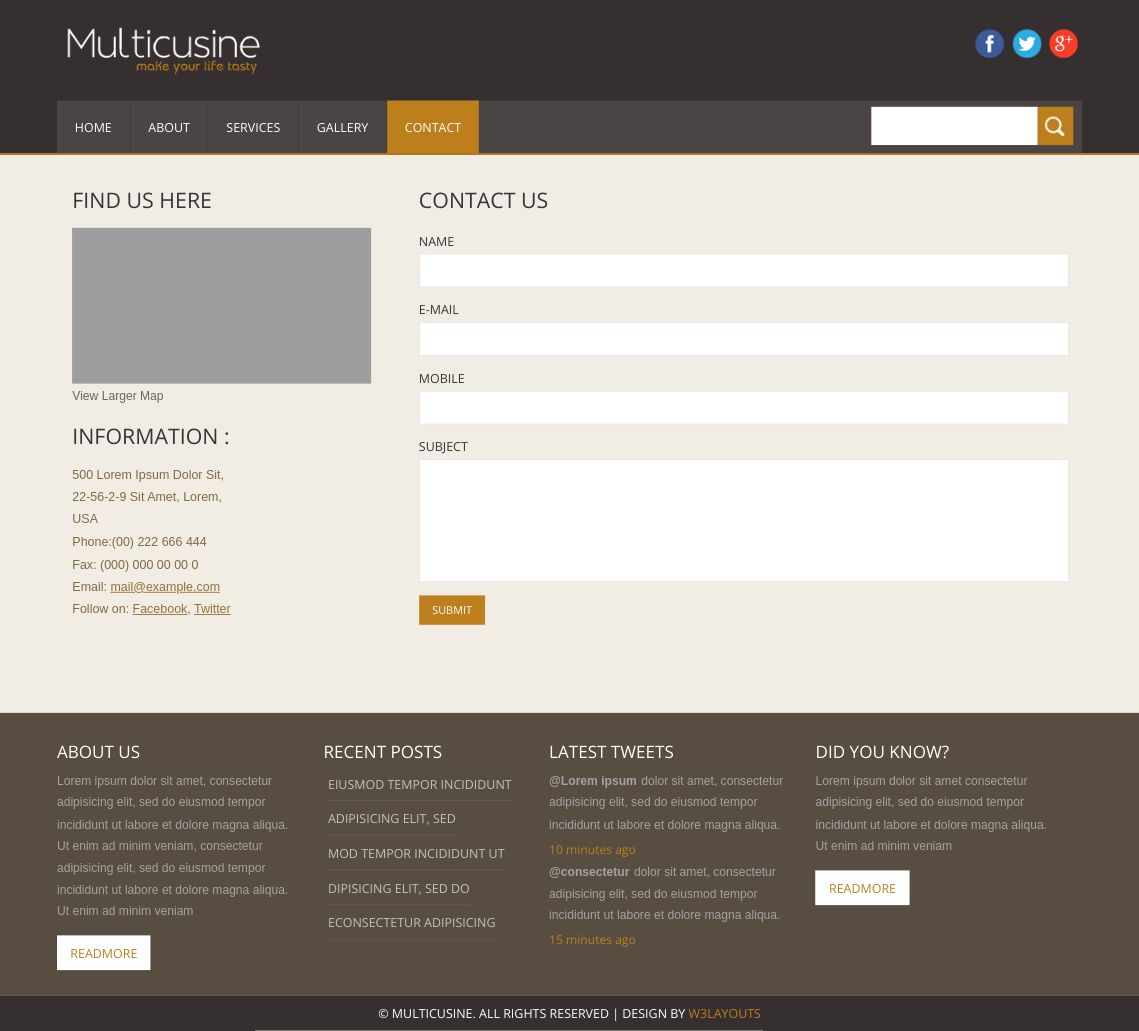
Repository: desso919/lunchy
Page: Lunchy/WebContent/web/contact.html
An editor plug-in stored every save of this project. The page is shown before and after the next save, followed by the edit.
The browser window is 1280 px wide. The pictures show the whole page, at 89% of full size.
Pictures or frames that could not be fetched are drawn as grey boxes.

Above is the page before, as saved 2018-01-15 22:28:12.

After the next save:
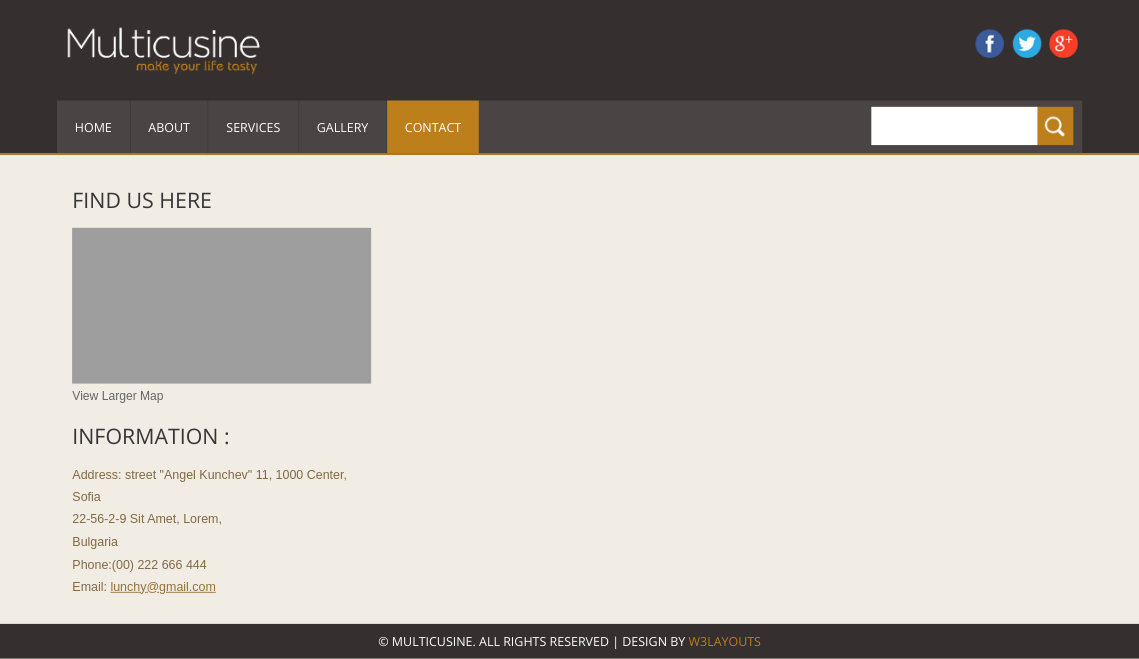
Saved 2 min 53 s later.
--- a/Lunchy/WebContent/web/contact.html
+++ b/Lunchy/WebContent/web/contact.html
@@ -68,81 +68,19 @@ License URL: http://creativecommons.org/licenses/by/3.0/
       				</div>
       			<div class="company_address">
 				     	<h3>Information :</h3>
-						    	<p>500 Lorem Ipsum Dolor Sit,</p>
+						    	<p>Address: street "Angel Kunchev" 11, 1000 Center, Sofia</p>
 						   		<p>22-56-2-9 Sit Amet, Lorem,</p>
-						   		<p>USA</p>
+						   		<p>Bulgaria</p>
 				   		<p>Phone:(00) 222 666 444</p>
-				   		<p>Fax: (000) 000 00 00 0</p>
-				 	 	<p>Email: <span><a href="mailto:info@example.com">mail@example.com</a></span></p>
-				   		<p>Follow on: <span><a href="#">Facebook</a></span>, <span><a href="#">Twitter</a></span></p>
+				 	 	<p>Email: <span><a href="mailto:info@example.com">lunchy@gmail.com</a></span></p>
+
 				   </div>
 				</div>
-				<div class="col span_2_of_3">
-				  <div class="contact-form">
-				  	<h3>Contact Us</h3>
-					    <form>
-					    	<div>
-						    	<span><label>NAME</label></span>
-						    	<span><input name="userName" type="text" class="textbox"></span>
-						    </div>
-						    <div>
-						    	<span><label>E-MAIL</label></span>
-						    	<span><input name="userEmail" type="text" class="textbox"></span>
-						    </div>
-						    <div>
-						     	<span><label>MOBILE</label></span>
-						    	<span><input name="userPhone" type="text" class="textbox"></span>
-						    </div>
-						    <div>
-						    	<span><label>SUBJECT</label></span>
-						    	<span><textarea name="userMsg"> </textarea></span>
-						    </div>
-						   <div>
-						   		<span><input type="submit" class="mybutton" value="Submit"></span>
-						  </div>
-					    </form>
 
-				    </div>
-  				</div>
 			  </div>
 			</div>
 			</div>
-		 	<!---End-contact---->
-		 <!---End-content---->
-		 <!---start-footer---->
-		 <div class="footer">
-		<div class="wrap">
-			<div class="footer-grid">
-				<h3>About us</h3>
-				<p>Lorem ipsum dolor sit amet, consectetur adipisicing elit, sed do eiusmod tempor incididunt ut labore et dolore magna aliqua. Ut enim ad minim veniam,  consectetur adipisicing elit, sed do eiusmod tempor incididunt ut labore et dolore magna aliqua. Ut enim ad minim veniam</p>
-				<a href="#">ReadMore</a>
-			</div>
-			<div class="footer-grid center-grid">
-				<h3>Recent posts</h3>
-				<ul>
-					<li><a href="#">eiusmod tempor incididunt</a></li>
-					<li><a href="#">adipisicing elit, sed</a></li>
-					<li><a href="#">mod tempor incididunt ut</a></li>
-					<li><a href="#">dipisicing elit, sed do</a></li>
-					<li><a href="#">econsectetur adipisicing</a></li>
-				</ul>
-			</div>
-			<div class="footer-grid twitts">
-				<h3>Latest Tweets</h3>
-				<p><label>@Lorem ipsum</label>dolor sit amet, consectetur adipisicing elit, sed do eiusmod tempor incididunt ut labore et dolore magna aliqua.</p>
-				<span>10 minutes ago</span>
-				<p><label>@consectetur</label>dolor sit amet, consectetur adipisicing elit, sed do eiusmod tempor incididunt ut labore et dolore magna aliqua.</p>
-				<span>15 minutes ago</span>
-			</div>
-			<div class="footer-grid">
-				<h3>DID YOU KNOW?</h3>
-				<p>Lorem ipsum dolor sit amet consectetur adipisicing elit, sed do eiusmod tempor incididunt ut labore et dolore magna aliqua. Ut enim ad minim veniam</p>
-				<a href="#">ReadMore</a>
-			</div>
-			<div class="clear"> </div>
-		</div>
-		<div class="clear"> </div>
-	</div>
+
 	<div class="copy-right">
 		<div class="top-to-page">
 						<a href="#top" class="scroll"> </a>
